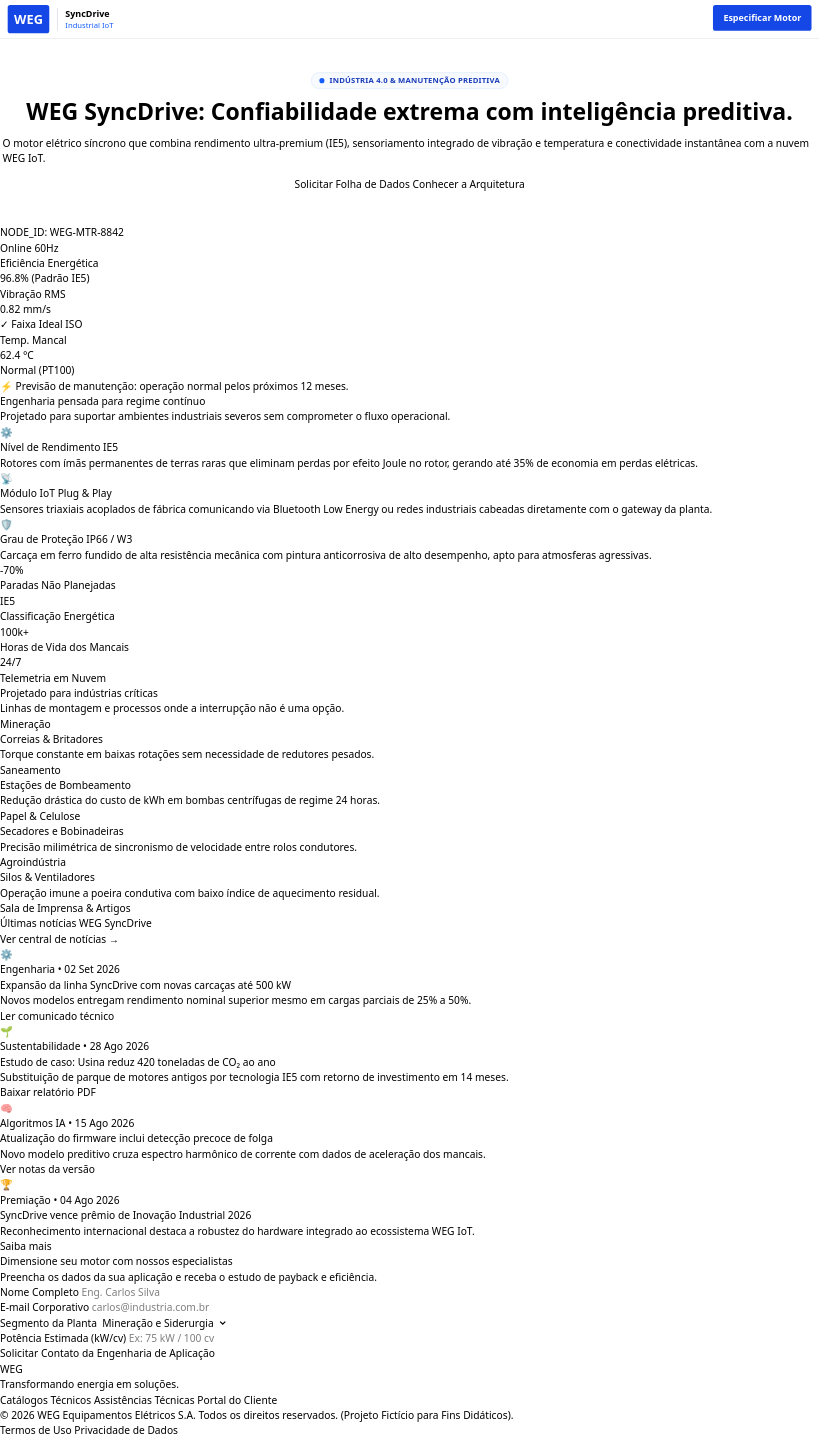
Repository: PatriciaHorst/tailwind-base
Page: index.html
These files come from the project's save history. The page is drawn as it stood at one moment and after the next save; the edit follows.
The browser window is 1280 px wide. The pictures show the whole page, at 64% of full size.

Above is the page before, as saved 2026-09-08 19:50:06.

### index.html
<!DOCTYPE html>
<html lang="pt-BR">
<head>
  <meta charset="UTF-8">
  <meta name="viewport" content="width=device-width, initial-scale=1.0">
  <title>WEG SyncDrive IoT - Exercício Tailwind CSS</title>
  <script src="https://cdn.jsdelivr.net/npm/@tailwindcss/browser@4"></script>
</head>
<body>

  <!-- ==========================================
       1. HEADER / NAVBAR
       Desafio:
       - Fixar no topo (sticky top-0) com fundo translúcido/blur.
       - Logo WEG em destaque com fundo azul industrial.
       - Menu oculto em telas pequenas e visível em lg:.
  =========================================== -->
  <header>
    <div class="flex flex-row justify-between border-b-1 border-gray-200">
      <div class="flex flex-row mx-3 my-2 gap-3 " >
        <div class="bg-blue-700 text-xl font-black text-white px-2.5 py-2 rounded">
          WEG
        </div>
        <div class="flex flex-col pl-3 my-1 border-l-1  border-gray-300" >
          <span class="font-bold text-sm">SyncDrive</span>
          <span class=" text-xs text-blue-600 ">Industrial IoT</span>
        </div>
      </div>

      <nav class="hidden">
        <a href="#solucao">A Solução</a>
        <a href="#recursos">Tecnologia</a>
        <a href="#metricas">Performance</a>
        <a href="#aplicacoes">Aplicações</a>
        <a href="#novidades">Notícias</a>
      </nav>

      <div class=" flex flex-col mx-3 my-2">
        <a class="hidden" href="#contato">Falar com Consultor</a>
        <a  class=" bg-blue-700 text-sm text-white font-semibold px-4 py-2.5 rounded" href="#contato">Especificar Motor</a>
      </div>
    </div>
  </header>

  <main>
    <!-- ==========================================
         2. HERO SECTION
         Desafio:
         - Layout em grid de 2 colunas no desktop (texto + painel de telemetria).
         - Centralizado no mobile, alinhado à esquerda em lg:.
         - Estilizar o card escuro de telemetria com badges e status.
    =========================================== -->
    <section id="solucao">
      <div>
        <div class="flex flex-col">

          <!-- Coluna 1: Conteúdo Textual -->
          <div class="flex flex-col my-13 items-center gap-4">
            <div class="inline-flex items-center gap-2 rounded-full border border-blue-100 bg-blue-50/50 px-3 py-1 text-xs font-semibold tracking-wide text-blue-800 mx-11 ">
              <span class="h-2 w-2 rounded-full bg-blue-600"></span>
              <span>INDÚSTRIA 4.0 & MANUTENÇÃO PREDITIVA</span>
            </div>
            <h1 class="text-center text-4xl font-black px-1">WEG SyncDrive: Confiabilidade extrema com inteligência preditiva.</h1>
            <p class="px-1">
              O motor elétrico síncrono que combina rendimento ultra-premium (IE5), sensoriamento integrado de vibração e temperatura e conectividade instantânea com a nuvem WEG IoT.
            </p>
            <div>
              <a href="#contato">Solicitar Folha de Dados</a>
              <a href="#recursos">Conhecer a Arquitetura</a>
            </div>
          </div>

          <!-- Coluna 2: Card de Telemetria IoT -->
          <div>
            <div>
              <div>
                <span>NODE_ID: WEG-MTR-8842</span>
                <div>
                  <span></span>
                  <span>Online 60Hz</span>
                </div>
              </div>

              <div>
                <div>
                  <span>Eficiência Energética</span>
                  <div>96.8% <span>(Padrão IE5)</span></div>
                </div>

                <div>
                  <div>
                    <span>Vibração RMS</span>
                    <div>0.82 mm/s</div>
                    <span>✓ Faixa Ideal ISO</span>
                  </div>
                  <div>
                    <span>Temp. Mancal</span>
                    <div>62.4 °C</div>
                    <span>Normal (PT100)</span>
                  </div>
                </div>

                <div>
                  ⚡ Previsão de manutenção: operação normal pelos próximos 12 meses.
                </div>
              </div>
            </div>
          </div>

        </div>
      </div>
    </section>

    <!-- ==========================================
         3. RECURSOS / ESPECIFICAÇÕES TÉCNICAS
         Desafio:
         - Grid responsivo de 3 colunas (1 col mobile, 3 cols desktop).
         - Efeito hover nos cards com transição suave de borda ou sombra.
    =========================================== -->
    <section id="recursos">
      <div>
        <div>
          <h2>Engenharia pensada para regime contínuo</h2>
          <p>Projetado para suportar ambientes industriais severos sem comprometer o fluxo operacional.</p>
        </div>

        <div>
          <article>
            <div>⚙️</div>
            <h3>Nível de Rendimento IE5</h3>
            <p>Rotores com ímãs permanentes de terras raras que eliminam perdas por efeito Joule no rotor, gerando até 35% de economia em perdas elétricas.</p>
          </article>

          <article>
            <div>📡</div>
            <h3>Módulo IoT Plug & Play</h3>
            <p>Sensores triaxiais acoplados de fábrica comunicando via Bluetooth Low Energy ou redes industriais cabeadas diretamente com o gateway da planta.</p>
          </article>

          <article>
            <div>🛡️</div>
            <h3>Grau de Proteção IP66 / W3</h3>
            <p>Carcaça em ferro fundido de alta resistência mecânica com pintura anticorrosiva de alto desempenho, apto para atmosferas agressivas.</p>
          </article>
        </div>
      </div>
    </section>

    <!-- ==========================================
         4. MÉTRICAS / NÚMEROS INDUSTRIAIS
         Desafio:
         - Seção de alto contraste (fundo escuro slate-900).
         - Grid de 2 colunas no mobile e 4 colunas em telas maiores.
    =========================================== -->
    <section id="metricas">
      <div>
        <div>
          <div>
            <div>-70%</div>
            <div>Paradas Não Planejadas</div>
          </div>
          <div>
            <div>IE5</div>
            <div>Classificação Energética</div>
          </div>
          <div>
            <div>100k+</div>
            <div>Horas de Vida dos Mancais</div>
          </div>
          <div>
            <div>24/7</div>
            <div>Telemetria em Nuvem</div>
          </div>
        </div>
      </div>
    </section>

    <!-- ==========================================
         5. APLICAÇÕES INDUSTRIAIS
         Desafio:
         - Grid de 4 colunas adaptável (1 col mobile, 2 sm, 4 lg).
         - Uso de tags de categoria uppercase com tipografia reduzida.
    =========================================== -->
    <section id="aplicacoes">
      <div>
        <div>
          <h2>Projetado para indústrias críticas</h2>
          <p>Linhas de montagem e processos onde a interrupção não é uma opção.</p>
        </div>

        <div>
          <div>
            <span>Mineração</span>
            <h4>Correias & Britadores</h4>
            <p>Torque constante em baixas rotações sem necessidade de redutores pesados.</p>
          </div>

          <div>
            <span>Saneamento</span>
            <h4>Estações de Bombeamento</h4>
            <p>Redução drástica do custo de kWh em bombas centrífugas de regime 24 horas.</p>
          </div>

          <div>
            <span>Papel & Celulose</span>
            <h4>Secadores e Bobinadeiras</h4>
            <p>Precisão milimétrica de sincronismo de velocidade entre rolos condutores.</p>
          </div>

          <div>
            <span>Agroindústria</span>
            <h4>Silos & Ventiladores</h4>
            <p>Operação imune a poeira condutiva com baixo índice de aquecimento residual.</p>
          </div>
        </div>
      </div>
    </section>

    <!-- ==========================================
         6. NOVIDADES / NOTÍCIAS (4 ITENS)
         Desafio:
         - Cabeçalho com alinhamento justify-between.
         - 4 cards em grid: 1 col (mobile), 2 cols (md), 4 cols (lg).
         - Imagem/banner visual com gradiente em cada notícia.
         - Flexbox nos cards para fixar o link de leitura no rodapé.
    =========================================== -->
    <section id="novidades">
      <div>

        <div>
          <div>
            <span>Sala de Imprensa & Artigos</span>
            <h2>Últimas notícias WEG SyncDrive</h2>
          </div>
          <a href="#">Ver central de notícias →</a>
        </div>

        <div>
          <!-- Notícia 1 -->
          <article>
            <div>⚙️</div>
            <div>
              <div>
                <span>Engenharia</span>
                <span>•</span>
                <time>02 Set 2026</time>
              </div>
              <h3>
                <a href="#">Expansão da linha SyncDrive com novas carcaças até 500 kW</a>
              </h3>
              <p>Novos modelos entregam rendimento nominal superior mesmo em cargas parciais de 25% a 50%.</p>
              <a href="#">Ler comunicado técnico</a>
            </div>
          </article>

          <!-- Notícia 2 -->
          <article>
            <div>🌱</div>
            <div>
              <div>
                <span>Sustentabilidade</span>
                <span>•</span>
                <time>28 Ago 2026</time>
              </div>
              <h3>
                <a href="#">Estudo de caso: Usina reduz 420 toneladas de CO₂ ao ano</a>
              </h3>
              <p>Substituição de parque de motores antigos por tecnologia IE5 com retorno de investimento em 14 meses.</p>
              <a href="#">Baixar relatório PDF</a>
            </div>
          </article>

          <!-- Notícia 3 -->
          <article>
            <div>🧠</div>
            <div>
              <div>
                <span>Algoritmos IA</span>
                <span>•</span>
                <time>15 Ago 2026</time>
              </div>
              <h3>
                <a href="#">Atualização do firmware inclui detecção precoce de folga</a>
              </h3>
              <p>Novo modelo preditivo cruza espectro harmônico de corrente com dados de aceleração dos mancais.</p>
              <a href="#">Ver notas da versão</a>
            </div>
          </article>

          <!-- Notícia 4 -->
          <article>
            <div>🏆</div>
            <div>
              <div>
                <span>Premiação</span>
                <span>•</span>
                <time>04 Ago 2026</time>
              </div>
              <h3>
                <a href="#">SyncDrive vence prêmio de Inovação Industrial 2026</a>
              </h3>
              <p>Reconhecimento internacional destaca a robustez do hardware integrado ao ecossistema WEG IoT.</p>
              <a href="#">Saiba mais</a>
            </div>
          </article>
        </div>

      </div>
    </section>

    <!-- ==========================================
         7. FORMULÁRIO DE CONTATO / DIMENSIONAMENTO
         Desafio:
         - Inputs estilizados com focus rings.
         - Grid de formulário com campos em 2 colunas no desktop.
    =========================================== -->
    <section id="contato">
      <div>
        <div>
          <h2>Dimensione seu motor com nossos especialistas</h2>
          <p>Preencha os dados da sua aplicação e receba o estudo de payback e eficiência.</p>
        </div>

        <form>
          <div>
            <div>
              <label>Nome Completo</label>
              <input type="text" placeholder="Eng. Carlos Silva">
            </div>
            <div>
              <label>E-mail Corporativo</label>
              <input type="email" placeholder="carlos@industria.com.br">
            </div>
          </div>

          <div>
            <div>
              <label>Segmento da Planta</label>
              <select>
                <option>Mineração e Siderurgia</option>
                <option>Papel e Celulose</option>
                <option>Saneamento e Água</option>
                <option>Química e Petroquímica</option>
                <option>Alimentos e Bebidas</option>
              </select>
            </div>
            <div>
              <label>Potência Estimada (kW/cv)</label>
              <input type="text" placeholder="Ex: 75 kW / 100 cv">
            </div>
          </div>

          <button type="submit">Solicitar Contato da Engenharia de Aplicação</button>
        </form>
      </div>
    </section>
  </main>

  <!-- ==========================================
       8. RODAPÉ / FOOTER
       Desafio:
       - Layout corporativo com tipografia sutil.
       - Disposição em flexbox responsivo (colunas empilhadas no mobile, linha no desktop).
  =========================================== -->
  <footer>
    <div>
      <div>
        <div>
          <div>WEG</div>
          <span>Transformando energia em soluções.</span>
        </div>
        <div>
          <a href="#">Catálogos Técnicos</a>
          <a href="#">Assistências Técnicas</a>
          <a href="#">Portal do Cliente</a>
        </div>
      </div>
      <div>
        <p>© 2026 WEG Equipamentos Elétricos S.A. Todos os direitos reservados. (Projeto Fictício para Fins Didáticos).</p>
        <div>
          <a href="#">Termos de Uso</a>
          <a href="#">Privacidade de Dados</a>
        </div>
      </div>
    </div>
  </footer>

</body>
</html>

After the next save:
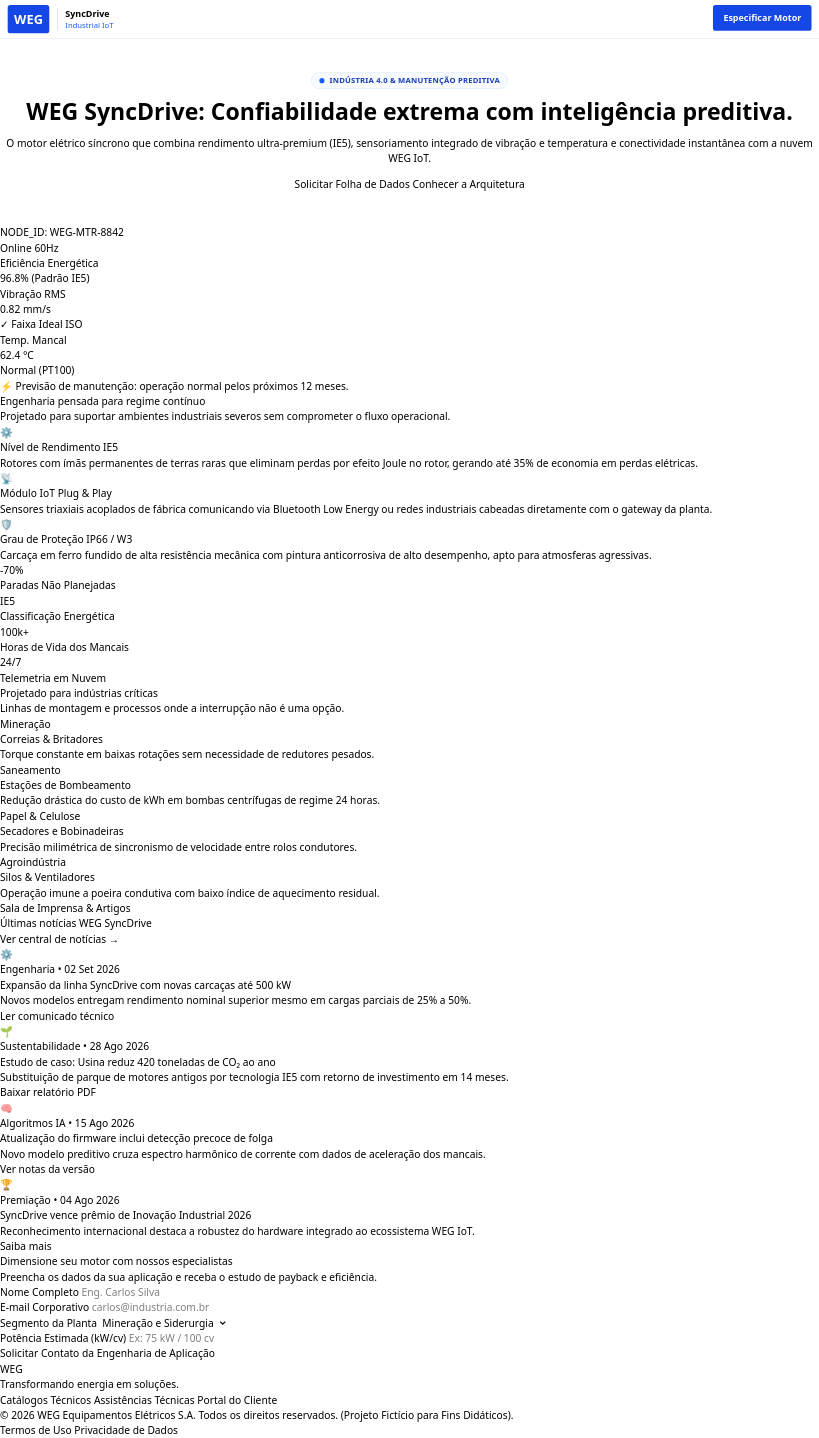
Saved 5 s later.
--- a/index.html
+++ b/index.html
@@ -61,7 +61,7 @@
               <span>INDÚSTRIA 4.0 & MANUTENÇÃO PREDITIVA</span>
             </div>
             <h1 class="text-center text-4xl font-black px-1">WEG SyncDrive: Confiabilidade extrema com inteligência preditiva.</h1>
-            <p class="px-1">
+            <p class="px-1 text-center">
               O motor elétrico síncrono que combina rendimento ultra-premium (IE5), sensoriamento integrado de vibração e temperatura e conectividade instantânea com a nuvem WEG IoT.
             </p>
             <div>
